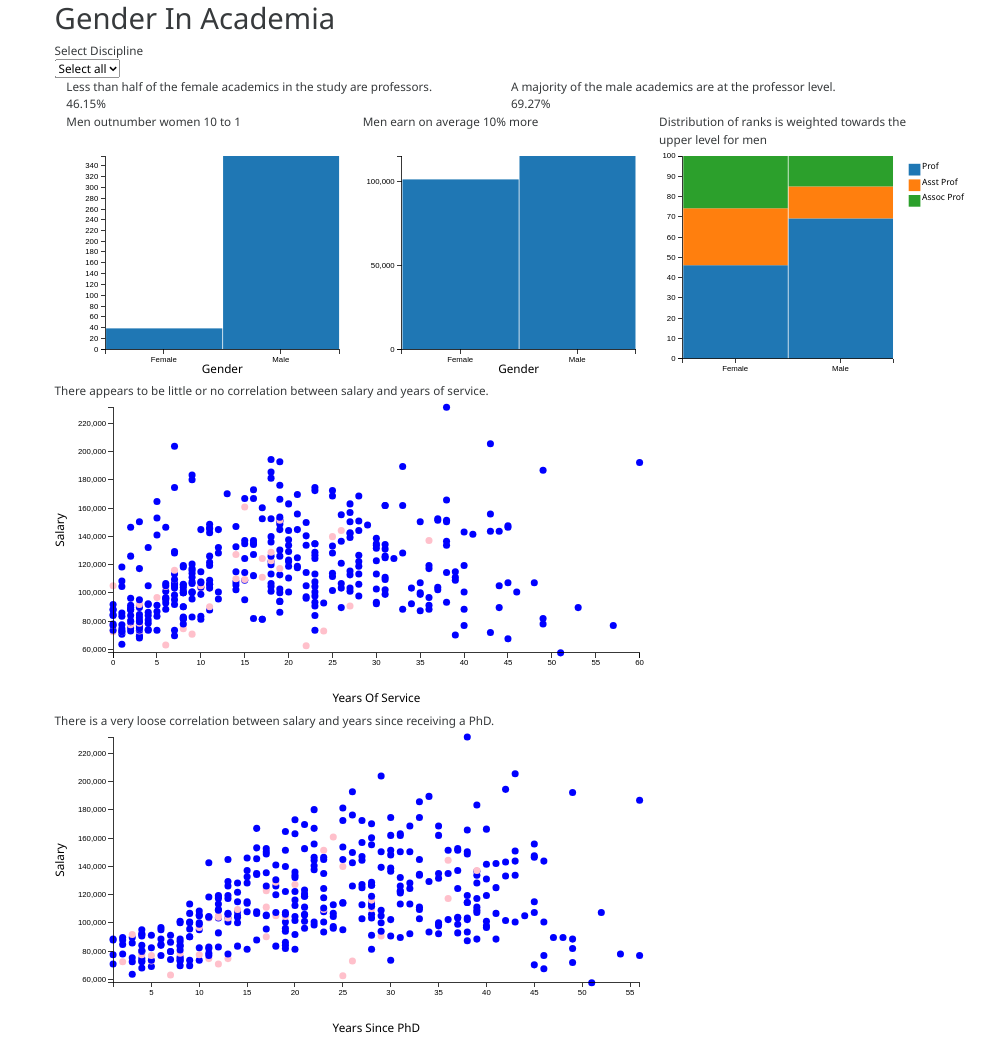
Repository: oliviatatum/dashboard
Page: index.html
The author's editor kept a record of every edit. The page is drawn from the files as they stood at one moment, then again after the next edit.
The browser window is 1280 px wide. The pictures show the whole page, at 78% of full size.

Above is the page before.

### index.html
<!DOCTYPE html>
<html lang="en">

<head>
    <meta charset="UTF-8">
    <meta name="viewport" content="width=device-width, initial-scale=1.0">
    <meta http-equiv="X-UA-Compatible" content="ie=edge">
    <title>Gender In Academia</title>


    <link rel="stylesheet" href="static/css/bootstrap.min.css" type="text/css" />
    <link rel="stylesheet" href="static/css/dc.min.css" type="text/css" />


    <script type="text/javascript" src="static/js/d3.min.js"></script>
    <script type="text/javascript" src="static/js/crossfilter.min.js"></script>
    <script type="text/javascript" src="static/js/dc.min.js"></script>
    <script type="text/javascript" src="static/js/queue.min.js"></script>
    <script type="text/javascript" src="static/js/graph.js"></script>

</head>

<body>
    <div class="container">

        <div class="row">
            <h1>Gender In Academia</h1>
        </div>

        <div class="row">
            <div class="col-md-offset-5">Select Discipline</div>
        </div>
        <div class="row">
            <div class="col.md-offset-5" id="discipline-selector"></div>
        </div>

        <div class="row">
            <div class="col-md-6">Less than half of the female academics in the study are professors.</div>
            <div class="col-md-6">A majority of the male academics are at the professor level.</div>
        </div>
        <div class="row">
            <div class="col-md-6 number-box" id="percent-of-women-professors"></div>
            <div class="col-md-6 number-box" id="percent-of-men-professors"></div>
        </div>


         <div class="row">
            <div class="col-md-4">Men outnumber women 10 to 1</div>
            <div class="col-md-4">Men earn on average 10% more</div>
            <div class="col-md-4">Distribution of ranks is weighted towards the upper level for men</div>
        </div>
        <div class="row">
            <div class="col-md-4" id="gender-balance"></div>
            <div class="col-md-4" id="average-salary"></div>
            <div class="col-md-4" id="rank-distribution"></div>
        </div>

        <class class="row">
            <div class="col-md-offset-2">There appears to be little or no correlation between salary and years of service.</div>
        </class>
        <div class="row">
            <div class="col-md-offset-2" id="service-salary"></div>
        </div>

       <div class="row">
           <div class="col-md-offset-2">There is a very loose correlation between salary and years since receiving a PhD.</div>
       </div>
        <div class="row">
            <div class="col-md-offset-2" id="phd-salary"></div>
        </div>
    </div>

</body>

</html>

### static/js/graph.js
queue()
    .defer(d3.csv, "data/salaries.csv")
    .await(makeGraphs);

function makeGraphs(error, salaryData) {
    var ndx = crossfilter(salaryData);

    salaryData.forEach(function(d){
        d.salary = parseInt(d.salary);
        d.yrs_since_phd = parseInt(d["yrs.since.phd"]);
        d.yrs_service = parseInt(d["yrs.service"]);
    })

    show_discipline_selector(ndx);

    show_percent_that_are_professors(ndx, "Female", "#percent-of-women-professors");
    show_percent_that_are_professors(ndx, "Male", "#percent-of-men-professors");

    show_gender_balance(ndx);
    show_average_salary(ndx);
    show_rank_distribution(ndx);

    show_service_to_salary_correlation(ndx);
    show_phd_to_salary_correlation(ndx);

    dc.renderAll();
}


function show_discipline_selector(ndx) {
    var dim = ndx.dimension(dc.pluck('discipline'));
    var group = dim.group();

    dc.selectMenu("#discipline-selector")
        .dimension(dim)
        .group(group);
}


function show_percent_that_are_professors(ndx, gender, element) {
    var percentageThatAreProf = ndx.groupAll().reduce(
        function(p, v) {
            if (v.sex === gender) {
                p.count++;
                if(v.rank === "Prof") {
                    p.are_prof++;
                }
            }
            return p;
        },
        function(p, v) {
            if (v.sex === gender) {
                p.count--;
                if(v.rank === "Prof") {
                    p.are_prof--;
                }
            }
            return p;
        },
        function() {
            return {count: 0, are_prof: 0};
        },
    );

    dc.numberDisplay(element)
        .formatNumber(d3.format(".2%"))
        .valueAccessor(function (d) {
            if (d.count == 0) {
                return 0;
            } else {
                return (d.are_prof / d.count);
            }
        })
        .group(percentageThatAreProf)
}


function show_gender_balance(ndx) {
    var dim = ndx.dimension(dc.pluck('sex'));
    var group = dim.group();

    dc.barChart("#gender-balance")
        .width(400)
        .height(300)
        .margins({top: 10, right: 50, bottom: 30, left: 50})
        .dimension(dim)
        .group(group)
        .transitionDuration(500)
        .x(d3.scale.ordinal())
        .xUnits(dc.units.ordinal)
        .xAxisLabel("Gender")
        .yAxis().ticks(20);
}


function show_average_salary(ndx) {
    var dim = ndx.dimension(dc.pluck('sex'));

    function add_item(p, v) {
        p.count++;
        p.total += v.salary;
        p.average = p.total / p.count;
        return p;
    }

    function remove_item(p, v) {
        p.count--;
        if(p.count == 0) {
            p.total = 0;
            p.average = 0;
        } else {
            p.total -= v.salary;
            p.average = p.total / p.count;
        }
        return p;
    }

    function initialise() {
        return {count: 0, total: 0, average: 0};
    }

    var averageSalaryByGender = dim.group().reduce(add_item, remove_item, initialise);

    dc.barChart("#average-salary")
        .width(400)
        .height(300)
        .margins({top: 10, right: 50, bottom: 30, left: 50})
        .dimension(dim)
        .group(averageSalaryByGender)
        .valueAccessor(function(d){
            return d.value.average.toFixed(2);
        })
        .transitionDuration(500)
        .x(d3.scale.ordinal())
        .xUnits(dc.units.ordinal)
        .elasticY(true)
        .xAxisLabel("Gender")
        .yAxis().ticks(4);
}


function show_rank_distribution(ndx) {

    function rankByGender(dimension, rank) {
        return dimension.group().reduce(
            function (p, v) {
                p.total++;
                if(v.rank == rank) {
                    p.match++;
                }
                return p;
            },
            function (p, v) {
                p.total--;
                if(v.rank == rank) {
                    p.match--;
                }
                return p;
            },
            function () {
                return {total: 0, match: 0};
            }
        );
    }

    var dim = ndx.dimension(dc.pluck("sex"));
    var profByGender = rankByGender(dim, "Prof");
    var asstProfByGender = rankByGender(dim, "AsstProf");
    var assocProfByGender = rankByGender(dim, "AssocProf");

    dc.barChart("#rank-distribution")
        .width(400)
        .height(300)
        .dimension(dim)
        .group(profByGender, "Prof")
        .stack(asstProfByGender, "Asst Prof")
        .stack(assocProfByGender, "Assoc Prof")
        .valueAccessor(function(d) {
            if(d.value.total > 0) {
                return (d.value.match / d.value.total) * 100;
            } else {
                return 0;
            }
        })
        .x(d3.scale.ordinal())
        .xUnits(dc.units.ordinal)
        .legend(dc.legend().x(320).y(20).itemHeight(15).gap(5))
        .margins({top: 10, right: 100, bottom: 30, left: 30});
}


function show_service_to_salary_correlation(ndx) {

    var genderColors = d3.scale.ordinal()
        .domain(["Female", "Male"])
        .range(["pink", "blue"]);

    var eDim = ndx.dimension(dc.pluck("yrs_service"));
    var experienceDim = ndx.dimension(function(d) {
       return [d.yrs_service, d.salary, d.rank, d.sex];
    });
    var experienceSalaryGroup = experienceDim.group();

    var minExperience = eDim.bottom(1)[0].yrs_service;
    var maxExperience = eDim.top(1)[0].yrs_service;

    dc.scatterPlot("#service-salary")
        .width(800)
        .height(400)
        .x(d3.scale.linear().domain([minExperience, maxExperience]))
        .brushOn(false)
        .symbolSize(8)
        .clipPadding(10)
        .yAxisLabel("Salary")
        .xAxisLabel("Years Of Service")
        .title(function(d) {
            return d.key[2] + " earned " + d.key[1];
        })
        .colorAccessor(function (d) {
            return d.key[3];
        })
        .colors(genderColors)
        .dimension(experienceDim)
        .group(experienceSalaryGroup)
        .margins({top: 10, right: 50, bottom: 75, left: 75});
}




function show_phd_to_salary_correlation(ndx) {

    var genderColors = d3.scale.ordinal()
        .domain(["Female", "Male"])
        .range(["pink", "blue"]);

    var eDim = ndx.dimension(dc.pluck("yrs_since_phd"));
    var phdDim = ndx.dimension(function(d) {
       return [d.yrs_since_phd, d.salary, d.rank, d.sex];
    });
    var phdSalaryGroup = phdDim.group();

    var minPhd = eDim.bottom(1)[0].yrs_since_phd;
    var maxPhd = eDim.top(1)[0].yrs_since_phd;

    dc.scatterPlot("#phd-salary")
        .width(800)
        .height(400)
        .x(d3.scale.linear().domain([minPhd, maxPhd]))
        .brushOn(false)
        .symbolSize(8)
        .clipPadding(10)
        .yAxisLabel("Salary")
        .xAxisLabel("Years Since PhD")
        .title(function(d) {
            return d.key[2] + " earned " + d.key[1];
        })
        .colorAccessor(function (d) {
            return d.key[3];
        })
        .colors(genderColors)
        .dimension(phdDim)
        .group(phdSalaryGroup)
        .margins({top: 10, right: 50, bottom: 75, left: 75});
}

### static/css/style.css
.number-box {
    font-size: 64px;
    text-align: center;
    line-height: normal;
}

Loaded but not shown: static/css/bootstrap.min.css (library); static/css/dc.min.css (library); static/js/d3.min.js (library); static/js/crossfilter.min.js (library); static/js/dc.min.js (library); static/js/queue.min.js (common file)

After the next edit:
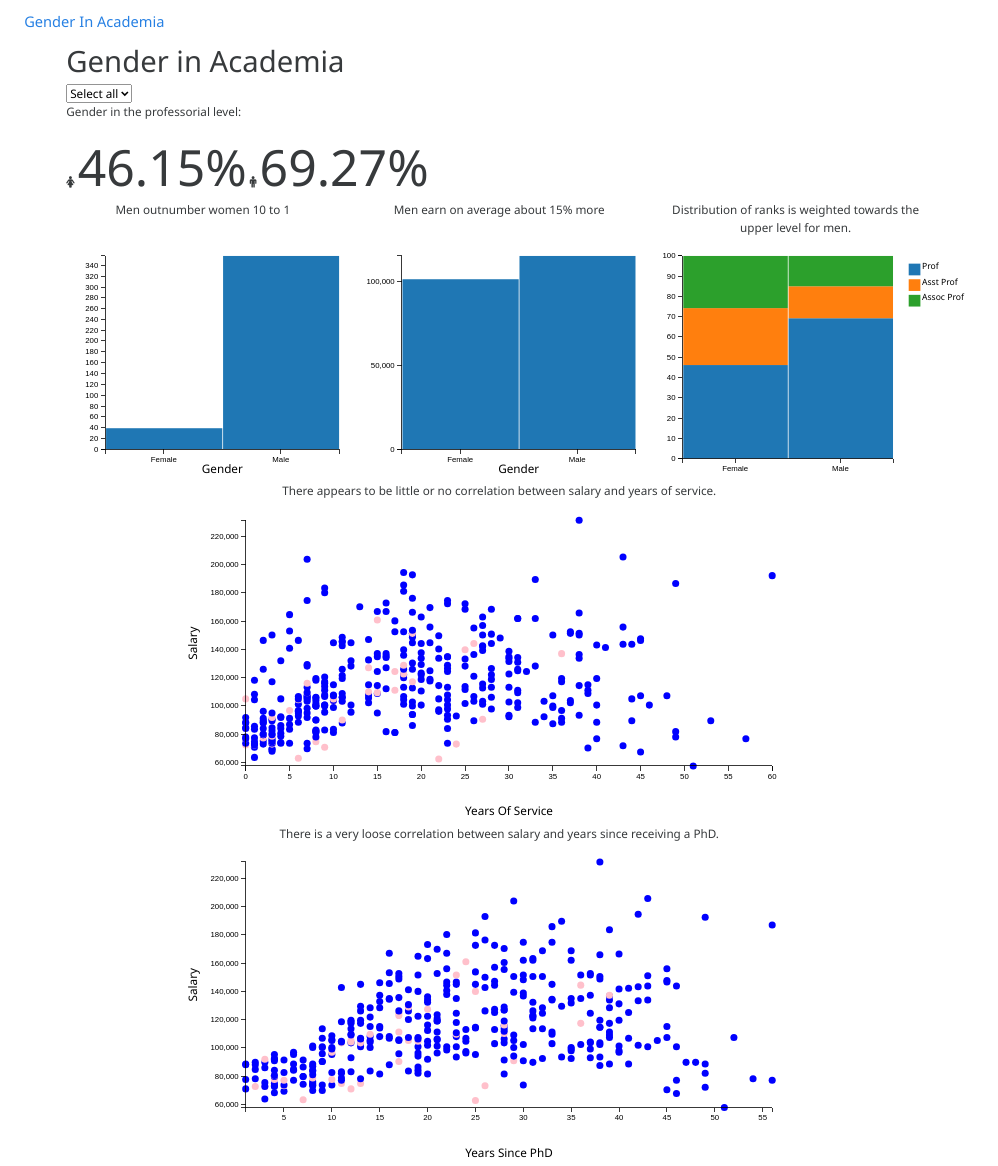
The edit:
--- a/index.html
+++ b/index.html
@@ -1,15 +1,15 @@
 <!DOCTYPE html>
 <html lang="en">
-
 <head>
     <meta charset="UTF-8">
     <meta name="viewport" content="width=device-width, initial-scale=1.0">
     <meta http-equiv="X-UA-Compatible" content="ie=edge">
     <title>Gender In Academia</title>
 
-
     <link rel="stylesheet" href="static/css/bootstrap.min.css" type="text/css" />
     <link rel="stylesheet" href="static/css/dc.min.css" type="text/css" />
+    <link rel="stylesheet" type="text/css" href="https://maxcdn.bootstrapcdn.com/font-awesome/4.7.0/css/font-awesome.min.css">
+    <link rel="stylesheet" href="static/css/style.css" type="text/css" />
 
 
     <script type="text/javascript" src="static/js/d3.min.js"></script>
@@ -20,56 +20,92 @@
 
 </head>
 
+
 <body>
-    <div class="container">
+    <nav class="navbar navbar-default">
+      <div class="container-fluid">
+        <div class="navbar-header">
+          <a class="navbar-brand" href="#">Gender In Academia</a>
+        </div>
+    </div>
+    </nav>
 
-        <div class="row">
-            <h1>Gender In Academia</h1>
+    <main>
+      <section class="section">
+        <div class="container">
+
+          <div class="row">
+            <div class="col-xs-12 col-sm-12">
+              <h1 class="section-heading">Gender in Academia</h1>
+              <div id="discipline-selector"></div>
+            </div>
+          </div>
+
+          <div class="row">
+                    <div class="col-xs-12 col-sm-12">
+                        <p class="section-paragraph">Gender in the professorial level:</p>
+                    </div>
+
+            <div class="col-xs-12 col-sm-6 col-lg-6">
+                <i class="fa fa-female fa-gender" aria-hidden="true"></i> <span class="number-box" id="percent-of-women-professors"></span>
+                <i class="fa fa-male fa-gender" aria-hidden="true"></i> <span class="number-box" id="percent-of-men-professors"></span>
+            </div>
+          </div>
         </div>
-
-        <div class="row">
-            <div class="col-md-offset-5">Select Discipline</div>
-        </div>
-        <div class="row">
-            <div class="col.md-offset-5" id="discipline-selector"></div>
-        </div>
-
-        <div class="row">
-            <div class="col-md-6">Less than half of the female academics in the study are professors.</div>
-            <div class="col-md-6">A majority of the male academics are at the professor level.</div>
-        </div>
-        <div class="row">
-            <div class="col-md-6 number-box" id="percent-of-women-professors"></div>
-            <div class="col-md-6 number-box" id="percent-of-men-professors"></div>
-        </div>
+    </section>
 
 
-         <div class="row">
-            <div class="col-md-4">Men outnumber women 10 to 1</div>
-            <div class="col-md-4">Men earn on average 10% more</div>
-            <div class="col-md-4">Distribution of ranks is weighted towards the upper level for men</div>
+      <section class="section">
+        <div class="container">
+
+          <div class="row">
+            <div class="col-xs-12 col-sm-4 text-center">
+              <p class="section-paragraph">Men outnumber women 10 to 1</p>
+              </div>
+              <div class="col-xs-12 col-sm-4 text-center">
+                <p class="section-paragraph">Men earn on average about 15% more</p>
+              </div>
+              <div class="col-xs-12 col-sm-4 text-center">
+                            <p class="section-paragraph">Distribution of ranks is weighted towards the upper level for men.</p>
+                        </div>
+            </div>
+
+            <div class="row">
+              <div class="col-xs-12 col-sm-4 text-center" id="gender-balance" class="custom-chart"></div>
+              <div class="col-xs-12 col-sm-4 text-center" id="average-salary" class="custom-chart"></div>
+              <div class="col-xs-12 col-sm-4 text-center" id="rank-distribution" class="custom-chart"></div>
+            </div>
+          </div>
+        </section>
+
+        <section class="section">
+          <div class="container">
+
+            <div class="row">
+              <div class="col-xs-12 col-sm-12 text-center">
+                <p class="section-paragraph">There appears to be little or no correlation between salary and years of service.</p>
+            </div>
+
+            <div class="col-xs-12 col-sm-12 text-center" id="service-salary">
+
+            </div>
+          </div>
         </div>
-        <div class="row">
-            <div class="col-md-4" id="gender-balance"></div>
-            <div class="col-md-4" id="average-salary"></div>
-            <div class="col-md-4" id="rank-distribution"></div>
+      </section>
+
+      <section class="section">
+        <div class="container">
+
+          <div class="row">
+            <div class="col-xs-12 col-sm-12 text-center">
+              <p class="section-paragraph">There is a very loose correlation between salary and years since receiving a PhD.</p>
+            </div>
+
+            <div class="col-xs-12 col-sm-12 text-center" id="phd-salary"></div>
+          </div>
+
         </div>
-
-        <class class="row">
-            <div class="col-md-offset-2">There appears to be little or no correlation between salary and years of service.</div>
-        </class>
-        <div class="row">
-            <div class="col-md-offset-2" id="service-salary"></div>
-        </div>
-
-       <div class="row">
-           <div class="col-md-offset-2">There is a very loose correlation between salary and years since receiving a PhD.</div>
-       </div>
-        <div class="row">
-            <div class="col-md-offset-2" id="phd-salary"></div>
-        </div>
-    </div>
-
+      </section>
+    </main>
 </body>
-
 </html>
